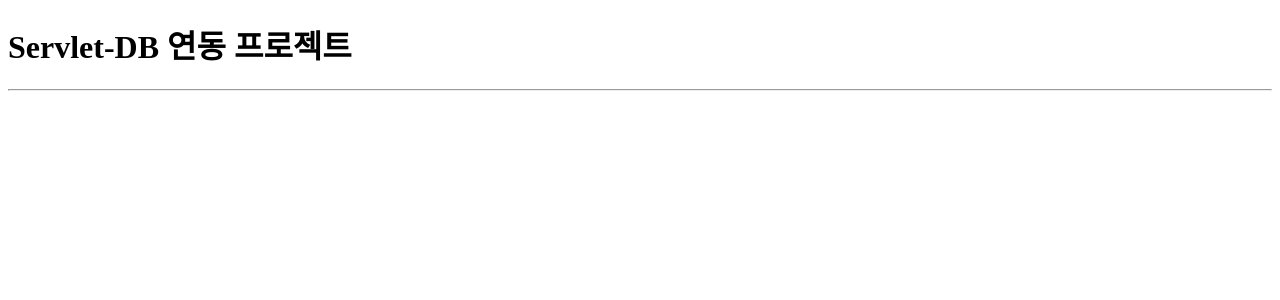
Repository: ParkHyeonju12/servlet
Page: web-workspace/03_dbProject/src/main/webapp/index.html
These files come from the project's save history. The page is drawn as it stood at one moment and after the next save; the edit follows.
The browser window is 1280 px wide. The pictures show the whole page.

Above is the page before, as saved 2022-08-30 01:14:14.

After the next save:
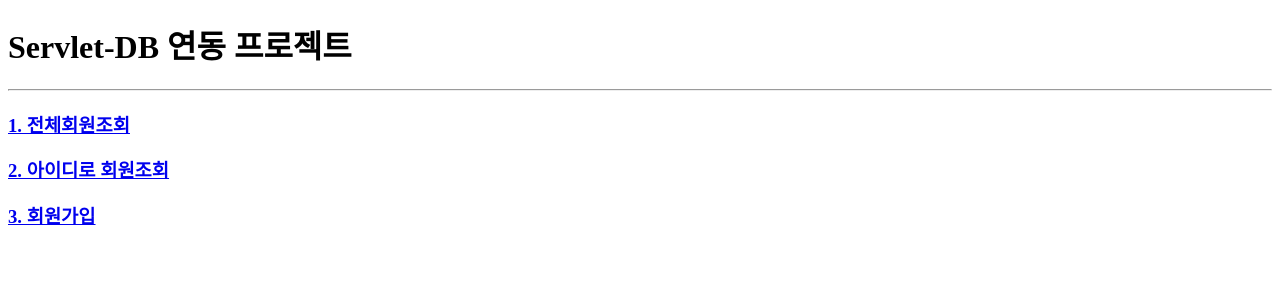
Saved 49 s later.
--- a/web-workspace/03_dbProject/src/main/webapp/index.html
+++ b/web-workspace/03_dbProject/src/main/webapp/index.html
@@ -7,5 +7,8 @@
 <body>
 	<h1>Servlet-DB 연동 프로젝트</h1>
 	<hr>
+	<h3><a href="#">1. 전체회원조회</a></h3>
+	<h3><a href="#">2. 아이디로 회원조회</a></h3>
+	<h3><a href="#">3. 회원가입</a></h3>
 </body>
 </html>
